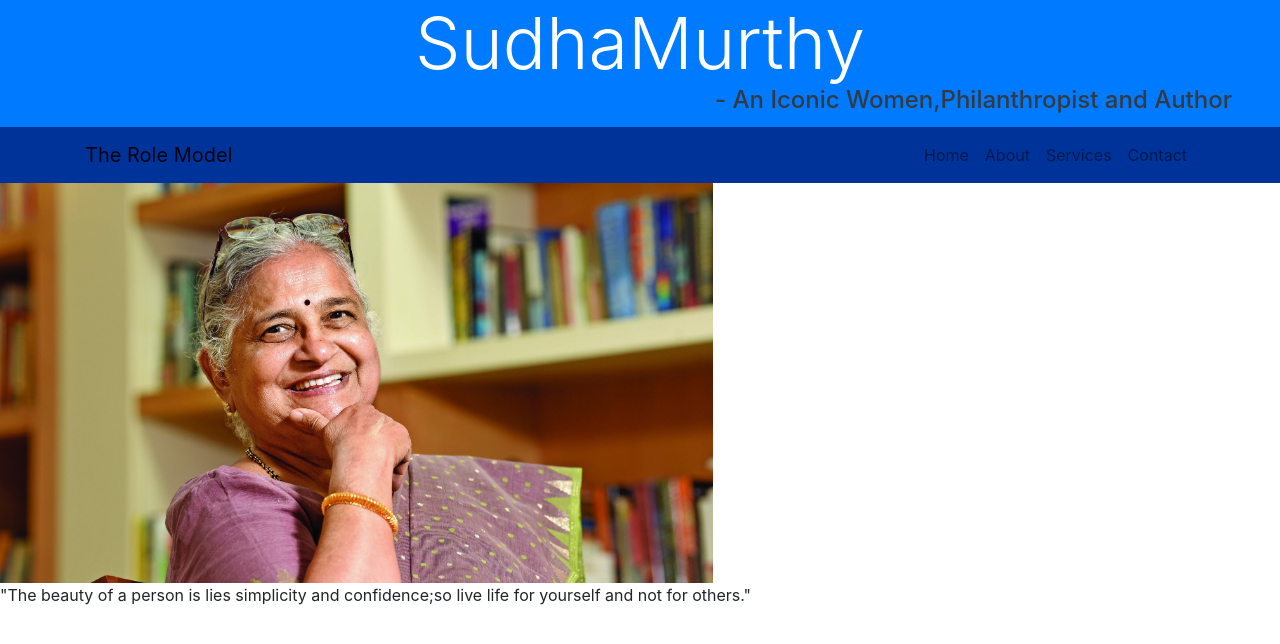
Repository: sumanthr18/RoleModel
Page: index.html
An editor plug-in stored every save of this project. The page is shown before and after the next save, followed by the edit.
The browser window is 1280 px wide. The pictures show the whole page.

Above is the page before, as saved 2020-03-14 17:05:23.

After the next save:
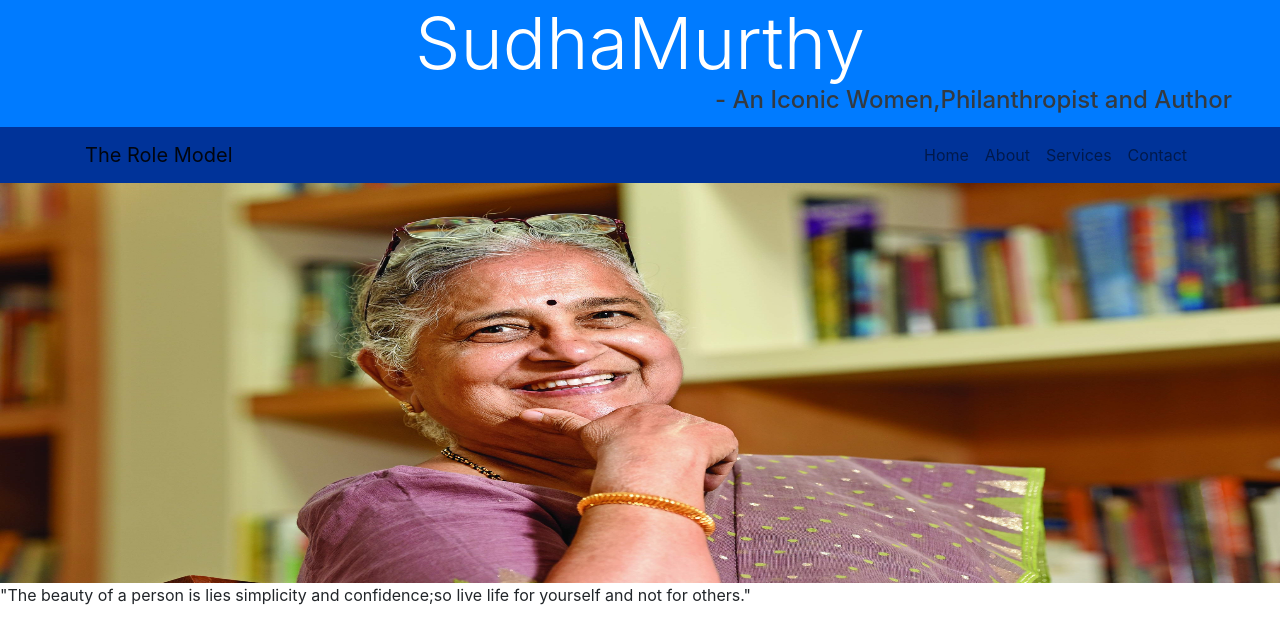
Saved 20 s later.
--- a/index.html
+++ b/index.html
@@ -36,7 +36,7 @@
         </div>
     </nav>
     <div>
-        <img class="d-inline" style="height:400px" src="Sudha_Murty_1-update.jpg">
+        <img class="d-inline" style="width:100%;height:400px" src="Sudha_Murty_1-update.jpg">
         <div>"The beauty of a person is lies simplicity and confidence;so live life for yourself and not for others."</div>
     </div>
 </body>
